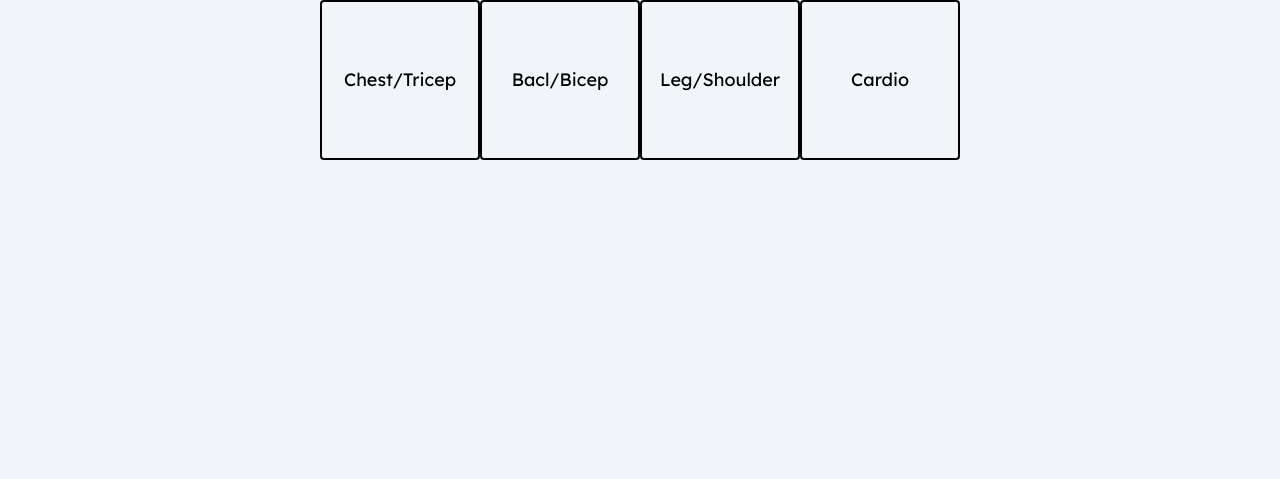
Repository: stavan30/tracker
Page: /
The author's editor kept a copy of each file at every save. The page is drawn from the files as they stood at one save, then again after the next save.
The browser window is 1280 px wide. The pictures show the whole page.
The project was rebuilt for these pictures with package versions that can differ from the ones it lists, and the page was loaded fresh each time. Also part of the build but not shown: vite.config.js.

Above is the page before, as saved 2024-02-23 18:02:41.

After the next save:
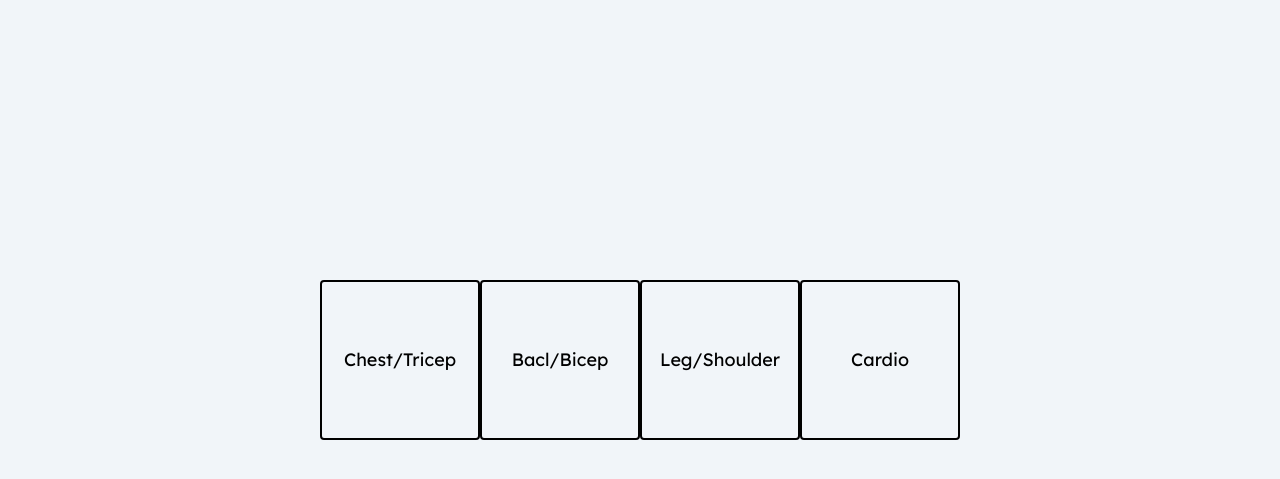
Saved 4 min 0 s later.
--- a/src/App.jsx
+++ b/src/App.jsx
@@ -5,7 +5,7 @@ function App() {
 
 
   return (
-    <div className='flex justify-center items-center'>
+    <div className='flex justify-center items-center h-screen'>
       <Card day="Chest/Tricep"/>
       <Card day="Bacl/Bicep"/>
       <Card day="Leg/Shoulder"/>
